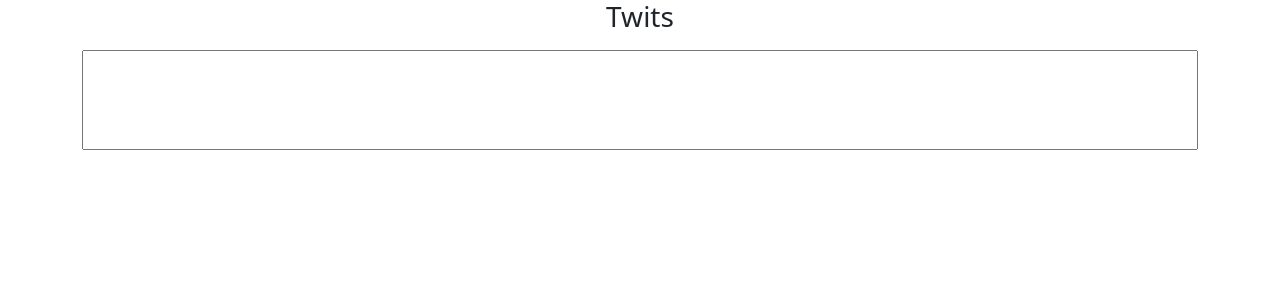
Repository: magmukendi/Tweets-Count
Page: index.html
The author's editor kept a copy of each file at every save. The page is drawn from the files as they stood at one save, then again after the next save.
The browser window is 1280 px wide. The pictures show the whole page.
Some web libraries are served in a nearby version.

Above is the page before, as saved 2022-06-11 16:02:03.

### index.html
<!DOCTYPE html>
<html lang="en">
<head>
    <meta charset="UTF-8">
    <meta http-equiv="X-UA-Compatible" content="IE=edge">
    <meta name="viewport" content="width=device-width, initial-scale=1.0">
    <link href="https://cdn.jsdelivr.net/npm/bootstrap@5.2.0-beta1/dist/css/bootstrap.min.css" rel="stylesheet" integrity="sha384-0evHe/X+R7YkIZDRvuzKMRqM+OrBnVFBL6DOitfPri4tjfHxaWutUpFmBp4vmVor" crossorigin="anonymous">
    <link rel="shortcut icon" href="assets/images/icon.ico"image/x-icon">
    <script src="https://kit.fontawesome.com/cd3abaa76f.js" crossorigin="anonymous"></script>

    <link href="style.css" rel="stylesheet">
    <title>Price Calculator</title>
</head>
<body>
    <div id="answer" class="container row">
        <h3>Twits</h3>
        <textarea id="tt" class="mt-2 mb-2" id="won" autosize></textarea>
        <button onclick="myFunction()" class="btn btn-primary"> Calculate</button>


    </div>

    <div id="result" style="width: 80%; margin:auto; flex-wrap: wrap; text-align: justify;">

    </div>


    <script type="text/javascript" src="app.js"></script>
</body>
</html>

### style.css
body{
    margin:auto;
    align-items: center;
    text-align: center;
}
.container{
    margin:auto;
    display: flex;
    justify-content: center;
    align-items: center;
}

.form-elem{
    margin-top: 10;
    margin-bottom: 10;
}

#tt{
    resize: none;
    overflow: visible;
    padding-top:10px;
    padding-bottom: 10px;
    height: 100px;
}


button{
    visibility: hidden;
}

### app.js
let list = []
let result = 0;
let x;
let p;
let xValue;
let s;
let number;
let input = document.getElementById('tt');
let d;
let e;
let doc = document.getElementById('result');

function print(){
        doc.innerHTML = '';
        x = document.getElementById('tt');
        p = document.createElement('p')
        number = document.createElement('p')
        xValue = x.value;
        if (xValue){
                p.innerText = xValue
        }
        doc.append(number)
        doc.appendChild(p)
        p.id = "txx"
        p.style = 'font-weight:bold; font-size:50px; margin-top:50px; flex-wrap:wrap';
}
function colorChange(){
        s = p.innerText
        let n =/\w+/g
        let char = /.|\s|\n+/g
        console.log(s.match(char).length)

        number.innerText = (145 - s.match(char).length);

        if(s.match(char).length <=145/2){

                p.style.color ='green'
        }
        else if(s.match(char).length >=145/2 && s.match(char).length <135){
                p.style.color = 'blue';

        }
        else if(s.match(char).length >=135 && s.match(char).length<=145){
                p.style.color ='red';
                console.log(s.match(n));

        }

        else if(s.match(char).length >145){
                number.innerText= "You are " + (s.match(char).length - 145) +" characters more than expected.";
                p.style.visibility ='hidden'
        }


}
function render (){
        document.getElementById('tt').addEventListener('keyup', print)
        document.getElementById('tt').addEventListener('keyup', colorChange)
}
render()
function myFunction(){
        let ll = document.getElementById('txx')
        var blob = new Blob([ll.innerText], {
                type: "text/plain;charset=utf-8;",
            });
        saveAs(blob, "thing.txt");

}


/*function add(){
        let p = document.getElementById('tt');
        let d =parseInt(p.value)
        if (d>=0){
                result += d;
                p.value =''
                console.log(result)
        }
        else{
                alert("please enter a number")
        }
}*/

After the next save:
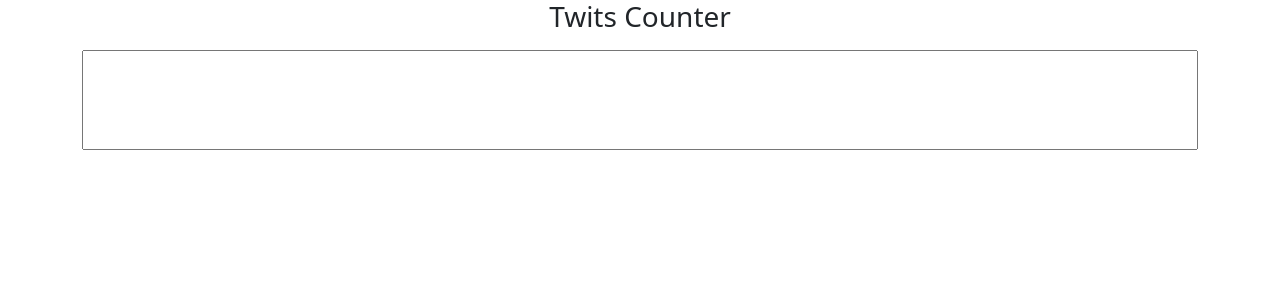
Saved 4 s later.
--- a/index.html
+++ b/index.html
@@ -13,7 +13,7 @@
 </head>
 <body>
     <div id="answer" class="container row">
-        <h3>Twits</h3>
+        <h3>Twits Counter</h3>
         <textarea id="tt" class="mt-2 mb-2" id="won" autosize></textarea>
         <button onclick="myFunction()" class="btn btn-primary"> Calculate</button>
 
